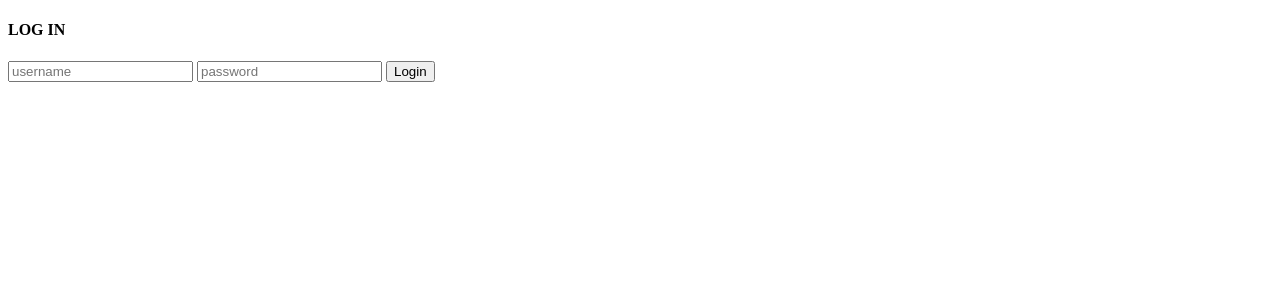
Repository: huyna1707/learning-git
Page: index.html
The author's editor kept a copy of each file at every save. The page is drawn from the files as they stood at one save, then again after the next save.
The browser window is 1280 px wide. The pictures show the whole page.

Above is the page before, as saved 2024-08-09 23:10:32.

After the next save:
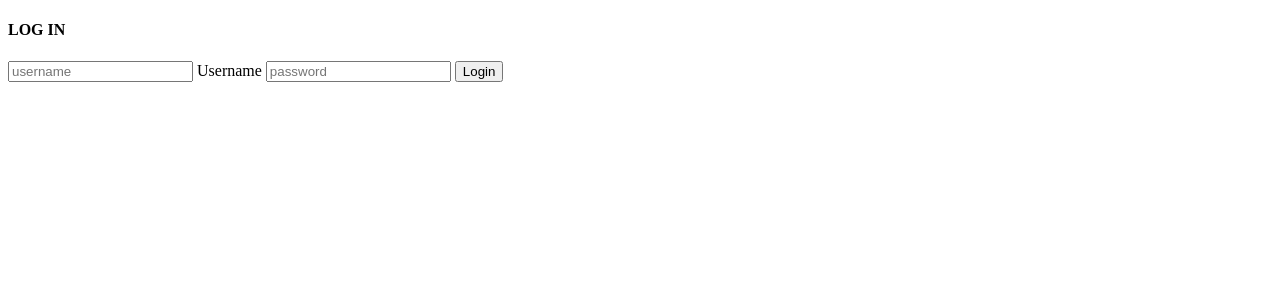
Saved 5 s later.
--- a/index.html
+++ b/index.html
@@ -9,7 +9,7 @@
     <form action="menu">
         <h4>LOG IN</h4>
         <input type="text" placeholder="username" id="username">
-        <label for="username"></label>
+        <label for="username">Username</label>
         <input type="password" placeholder="password" id="password">
         <button type="submit" onclick="login">Login</button>
     </form>
